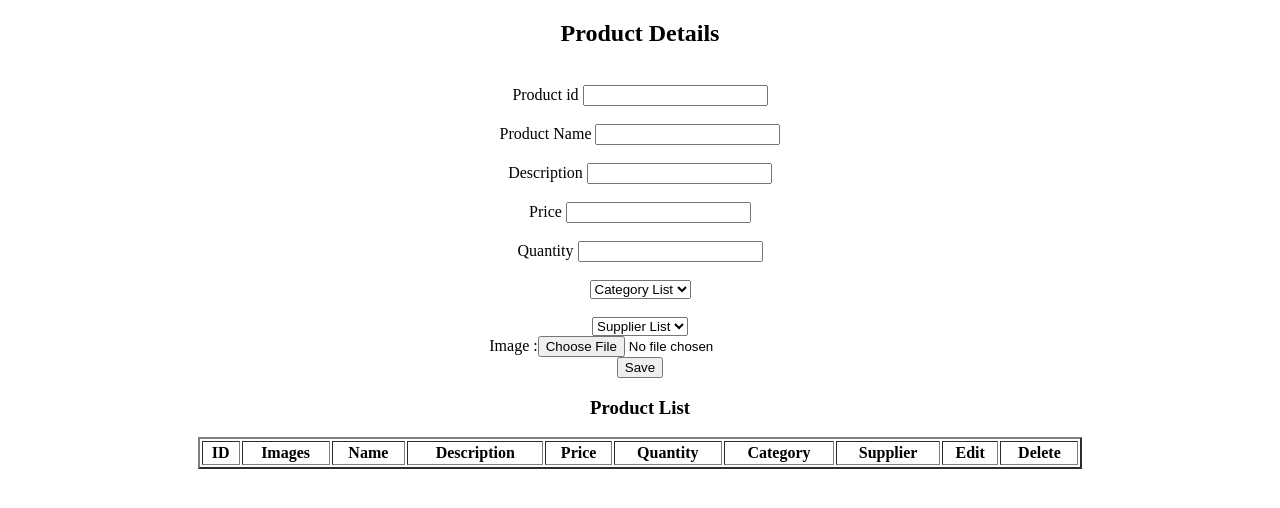
Repository: maravinthan006/springmvc
Page: http://localhost/shoppingcart/WEB-INF/view/Product.jsp
The author's editor kept a copy of each file at every save. The page is drawn from the files as they stood at one save, then again after the next save.
The browser window is 1280 px wide. The pictures show the whole page.
The page is served by Tomcat 9. Nobody is signed in. Other server files are loaded and not shown. The template is opened directly, without the code that normally fills it, so the values that code supplies are empty.

Above is the page before, as saved 2017-04-07 06:50:23.

### Workspace/shoppingcart/src/main/webapp/WEB-INF/view/Product.jsp
<%@ page language="java" contentType="text/html; charset=ISO-8859-1"
    pageEncoding="ISO-8859-1"%>
    <%@ taglib prefix="c"
           uri="http://java.sun.com/jsp/jstl/core" %>

<%@ taglib uri="http://www.springframework.org/tags/form" prefix="form" %>
<!DOCTYPE html PUBLIC "-//W3C//DTD HTML 4.01 Transitional//EN" "http://www.w3.org/TR/html4/loose.dtd">
<html>
<head>
<meta http-equiv="Content-Type" content="text/html; charset=ISO-8859-1">
<title>Product</title>
</head>
<body>
<center>
      <h2>Product Details</h2>


      <form:form action="saveproduct" commandName="product" method="post" enctype="multipart/form-data">
          <br> <label for="id">Product id</label>
          <input type="text" name="id" value="${values.id}" class="form-control" /><br>

          <br><label for="inputName">Product Name</label>
          <input type="text" name="name" value="${values.name}" class="form-control" /><br>

          <br><label for="inputDescription">Description</label>
          <input type="text" name="description" value="${values.description}" class="form-control" /><br>

          <br><label for="inputPrice">Price</label>
          <input type="text" name="price" value="${values.price}"  class="form-control" /><br>

          <br><label for="inputQuantity"> Quantity</label>
          <input type="text" name="quantity" value="${values.quantity}" class="form-control" /><br>

<br><select name="category_id">
<option value=category>Category List</option>
<c:forEach var="category" items="${category_drop}">
<option  value="${category.id}">${category.name} </option>
</c:forEach>
</select>
<br>

 <br><select name="supplier_id">
<option value=supplier>Supplier List</option>
<c:forEach var="supplier" items="${supplier_drop}">
<option value="${supplier.id}">${supplier.name}</option>
 </c:forEach>
</select>
<br>

 <label for="image">Image :</label><form:input path="image" type="file"/>
 <br> <button type="submit" class="btn btn btn-primary">
          Save
        </button>  <br>
        </form:form>
        </center>

    <div align="center"><h3>Product List</h3>
   		<table border="2" width="70%" cellpadding="2">
  			<tr>
				<th>ID</th>
				<th>Images</th>
				<th>Name</th>
				<th>Description</th>
				<th>Price</th>
				<th>Quantity</th>
				<th>Category</th>
				<th>Supplier</th>
				<th>Edit</th>
				<th>Delete</th>
			</tr>
   <c:forEach var="product" items="${productList}">
				<tr>
				<td>
				<img src="<c:url value="/resources/images/${product.id }.png"/>"alt="${product.id }"></td>
					<td>${product.id}</td>
					<td>${product.name}</td>
					<td>${product.description}</td>
					<td>${product.price}</td>
					<td>${product.quantity}</td>
					<td>${product.category_id}</td>
					<td>${product.supplier_id}</td>

					<td><a href="editproduct?productId=${product.id}">Edit</a></td>

					<td><a href="deleteproduct?productId=${product.id}">Delete</a></td>
				</tr>
			</c:forEach>
		</table>
    </div>
     </body>
</html>

After the next save:
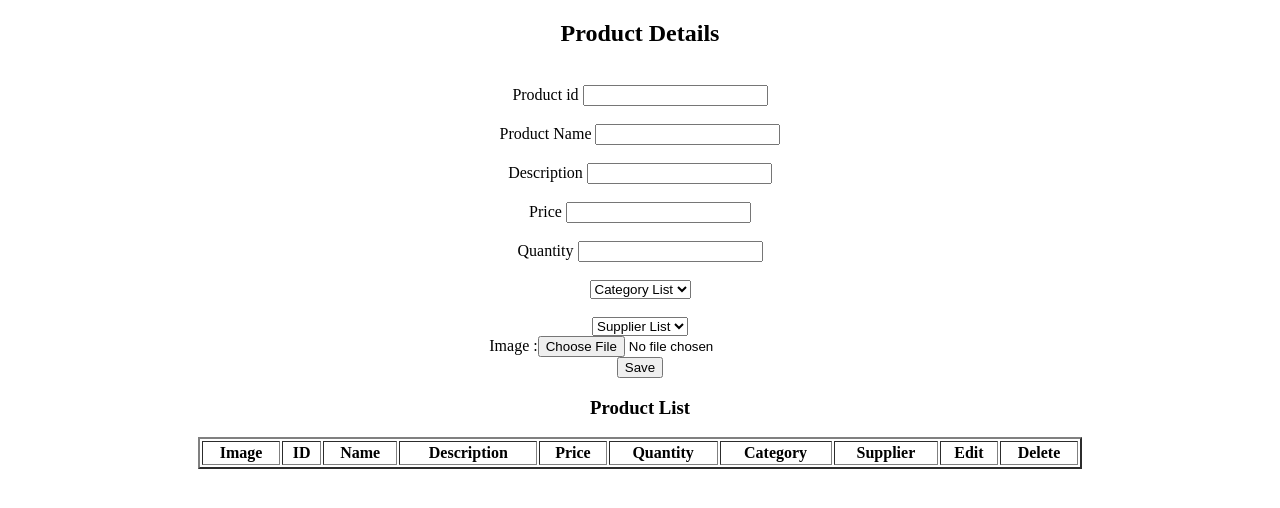
Saved 14 min 44 s later.
--- a/Workspace/shoppingcart/src/main/webapp/WEB-INF/view/Product.jsp
+++ b/Workspace/shoppingcart/src/main/webapp/WEB-INF/view/Product.jsp
@@ -57,8 +57,8 @@
     <div align="center"><h3>Product List</h3>
    		<table border="2" width="70%" cellpadding="2">
   			<tr>
+  			    <th>Image</th>
 				<th>ID</th>
-				<th>Images</th>
 				<th>Name</th>
 				<th>Description</th>
 				<th>Price</th>
